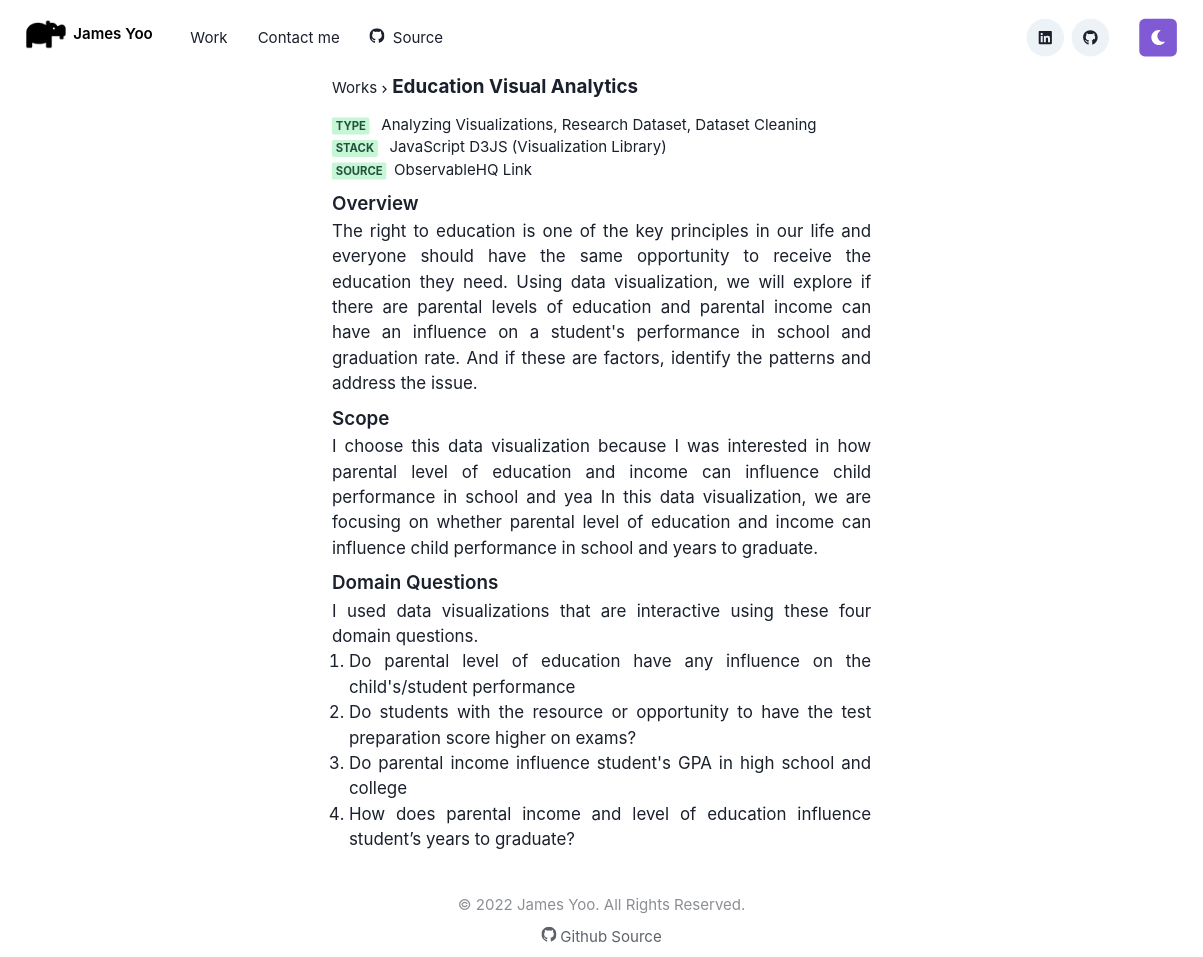
Repository: jammy729/portfolio-2022
Page: /work/educationvisualanalytics
An editor plug-in stored every save of this project. The page is shown before and after the next save, followed by the edit.
The browser window is 1280 px wide. The pictures show the whole page, at 94% of full size.
The project was rebuilt for these pictures with package versions that can differ from the ones it lists, and the page was loaded fresh each time. Also part of the build but not shown: src/components/home.js, src/components/contact.js, src/components/layouts/layout.js, src/components/work/work.js, src/components/work/Development/WorldInstitutionDatabase/worldinstitutiondatabase.js, src/components/work/Development/GeoMemories/geomemories.js, src/components/work/Design/ExperienceDesign/experiencedesign.js, src/components/work/Development/PersonalPortfolio/personalportfolio.js. Imported but missing from the stored project, and not drawn on this page: src/components/work/Design/FinestCup/finestcup, src/components/work/Development/WorldInstitutionDatabase/universityDatabase.mp4.

Above is the page before, as saved 2022-06-28 15:15:52.

After the next save:
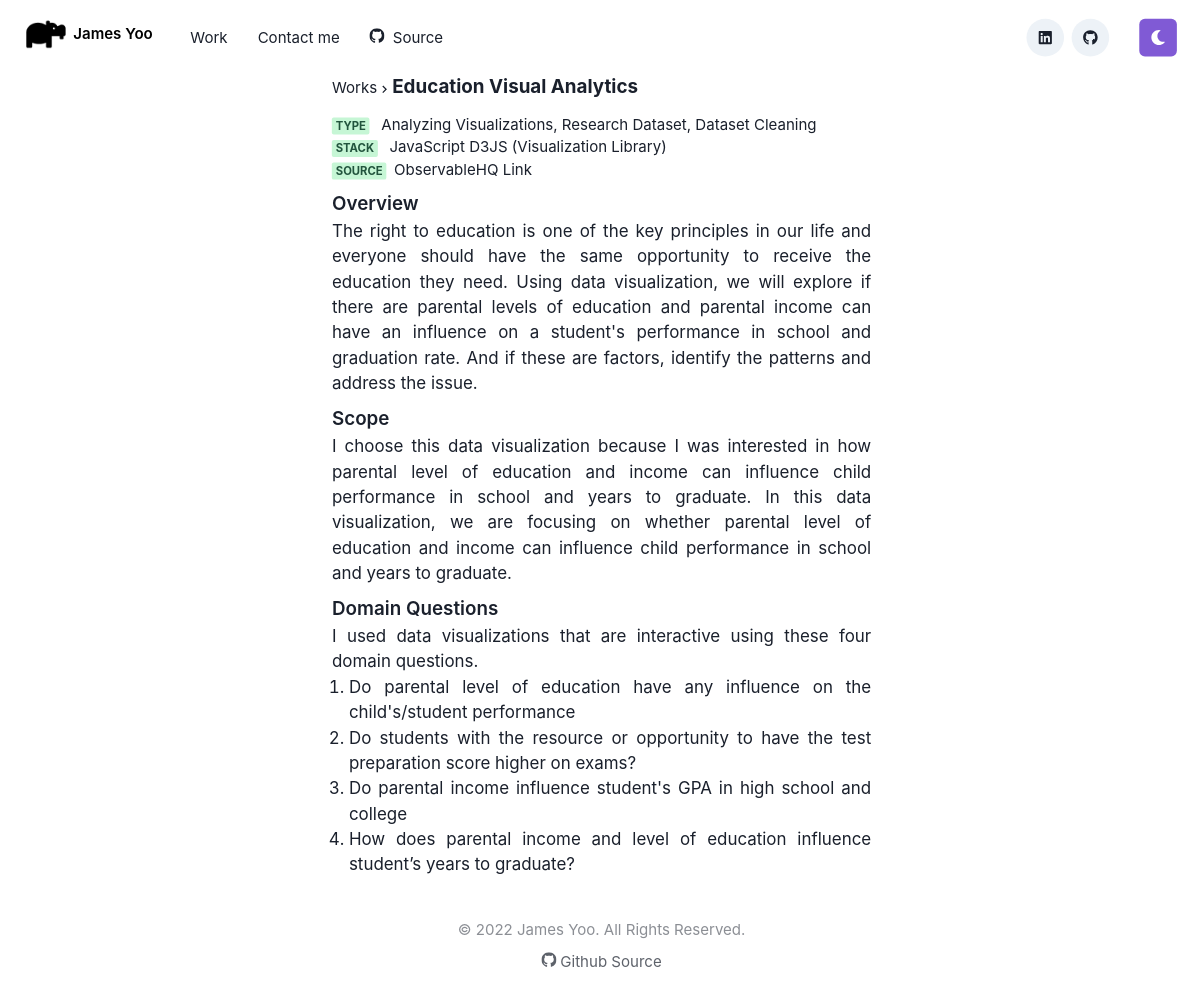
Saved 6 s later.
--- a/src/components/work/Development/EducationVisualAnalytics/educationvisualanalytics.js
+++ b/src/components/work/Development/EducationVisualAnalytics/educationvisualanalytics.js
@@ -43,7 +43,7 @@ const EducationVisualAnalytics = () => {
         <Writing size='md' title='Scope' />
         <DescriptionText>
           I choose this data visualization because I was interested in how parental level of education
-          and income can influence child performance in school and yea
+          and income can influence child performance in school and years to graduate.
           In this data visualization, we are focusing on whether parental level
           of education and income can influence child performance in school and
           years to graduate.
